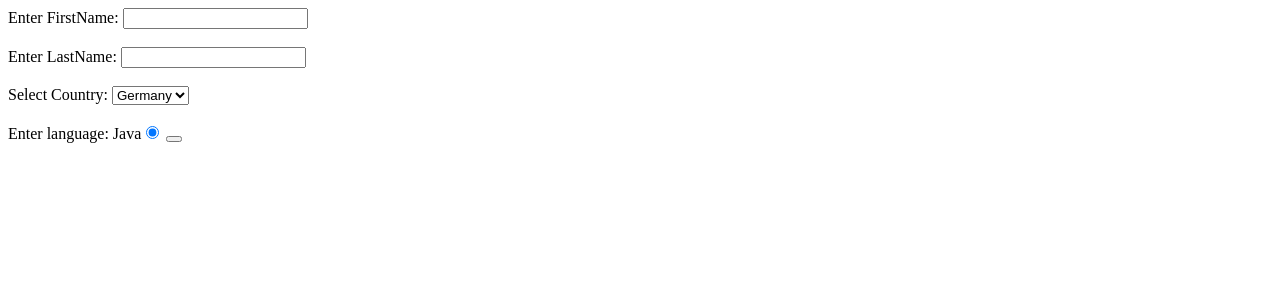
Repository: Gunjan1908/AdvanceJava
Page: http://localhost/SpringMVC/student/hello
The author's editor kept a copy of each file at every save. The page is drawn from the files as they stood at one save, then again after the next save.
The browser window is 1280 px wide. The pictures show the whole page.
The page is served by Tomcat 9.

Above is the page before, as saved 2023-12-02 04:20:24.

After the next save:
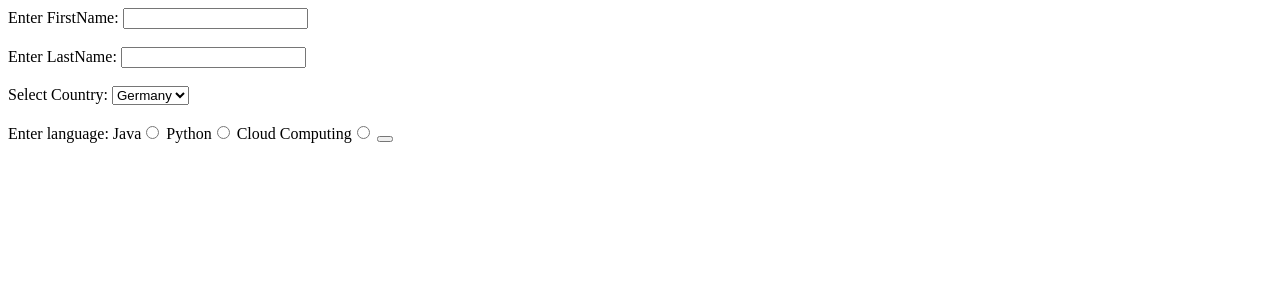
Saved 58 s later.
--- a/SpringMVC/WebContent/WEB-INF/views/student-form.jsp
+++ b/SpringMVC/WebContent/WEB-INF/views/student-form.jsp
@@ -25,7 +25,10 @@ Select Country:
 </form:select>
 <br><br>
 Enter language:
-Java<form:radiobutton path="language" />
+Java<form:radiobutton path="language" value="Java"/>
+Python<form:radiobutton path="language" value="Python"/>
+Cloud Computing<form:radiobutton path="language" value="Cloud Computing"/>
+
 <form:button name="submit" value="Submit"></form:button>
 </form:form>
 
